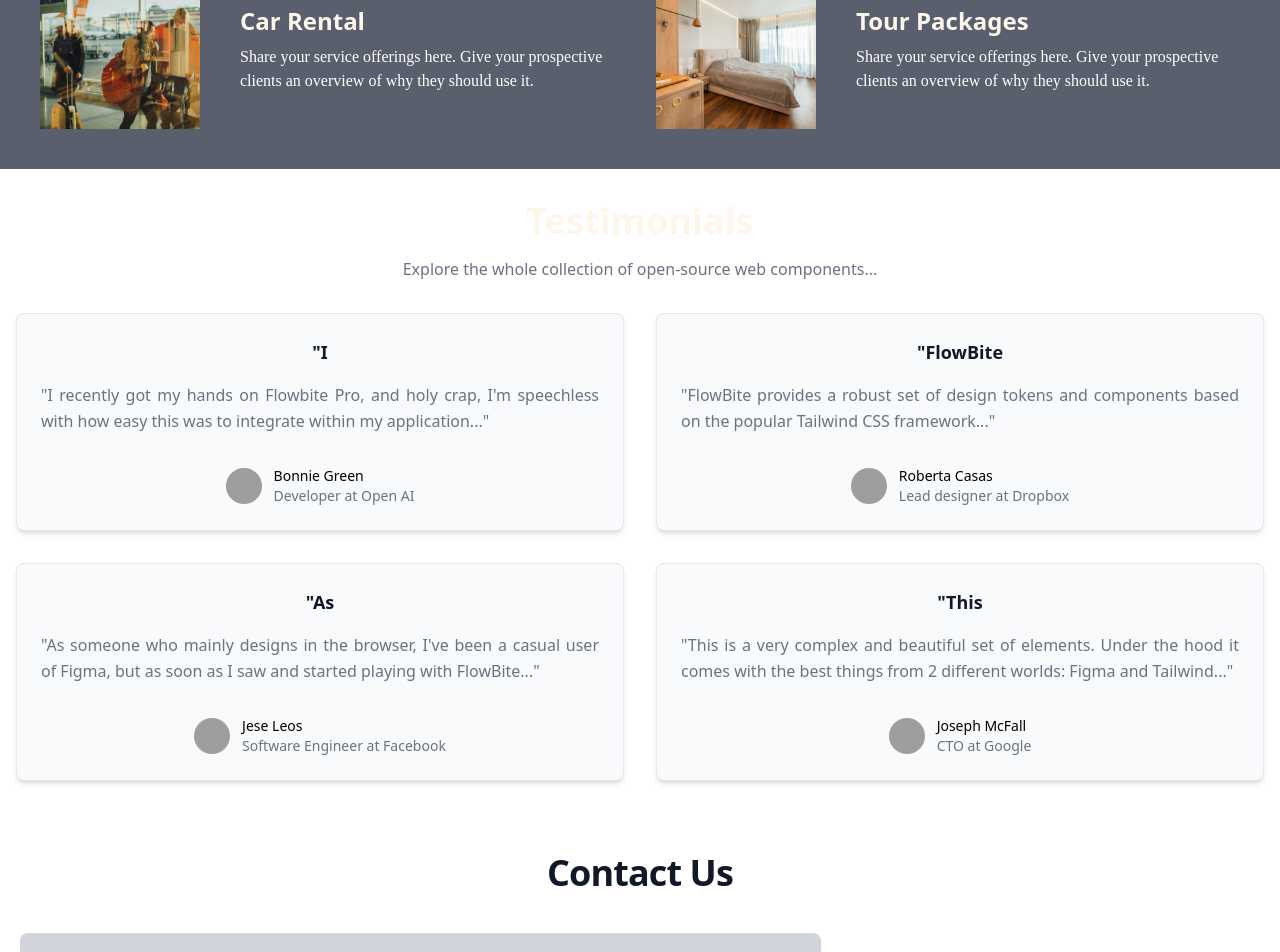
Repository: prabeshsitaula07/greatnepalholidays
Page: / (app in frontend/)
An editor plug-in stored every save of this project. The page is shown before and after the next save, followed by the edit.
The browser window is 1280 px wide. The pictures show the part of the page from y = 2999 to 3951 px (the page is 6713 px tall).
Pictures or frames that could not be fetched are drawn as grey boxes. Some web fonts or font styles are not loaded; a fallback is used. The project was rebuilt for these pictures with package versions that can differ from the ones it lists, and the page was loaded fresh each time. Also part of the build but not shown: frontend/vite.config.ts. Imported but missing from the stored project, and not drawn on this page: frontend/src/assets/bgvideo.mp4.

Above is the page before, as saved 2024-11-23 10:41:24.

### frontend/index.html
<!doctype html>
<html lang="en">
  <head>
    <meta charset="UTF-8" />
    <link rel="icon" type="image/svg+xml" href="/icon.png" />
    <meta name="viewport" content="width=device-width, initial-scale=1.0" />
    <title>Vite + React + TS</title>
  </head>
  <body>
    <div id="root"></div>
    <script type="module" src="/src/main.tsx"></script>
  </body>
</html>

### frontend/src/index.css
@import url('https://fonts.googleapis.com/css2?family=Arima:wght@100..700&family=Parkinsans:wght@300..800&display=swap');

@tailwind base;
@tailwind components;
@tailwind utilities;

### frontend/src/App.tsx
import { BrowserRouter as Router, Routes, Route } from 'react-router-dom';
import Navbar from "./components/Navbar/Navbar";
import Home from "./components/Home/Home";
// import About from "./components/About/About"; // Example of another page
import Footer from "./components/Footer/Footer"; // Assuming you have a Footer component

export default function App() {
  return (
    <Router>
      <Navbar />  {/* Navbar is always visible */}
      <Routes>
        <Route path="/" element={<Home />} />
      </Routes>
      <Footer />
    </Router>
  );
}

### frontend/src/components/Navbar/Navbar.tsx
import { Link } from 'react-router-dom';
import { useState, useEffect } from 'react';
import { FaPhone, FaEnvelope } from 'react-icons/fa';
import logo1 from '../../assets/logo1.png';
import logo2 from '../../assets/logo2.png';

export default function Navbar() {
    const [isScrolled, setIsScrolled] = useState(false);

    // Detect scroll and update navbar background and position
    useEffect(() => {
        const handleScroll = () => {
            if (window.scrollY > 50) {
                setIsScrolled(true);  // Fix the navbar to the top when scrolled past 50px
            } else {
                setIsScrolled(false); // Keep the navbar in normal flow when at the top
            }
        };

        window.addEventListener('scroll', handleScroll);

        // Clean up the event listener on component unmount
        return () => {
            window.removeEventListener('scroll', handleScroll);
        };
    }, []);

    return (
        <>
            <div className='w-full bg-darktheme flex gap-10 px-10 py-2'>
                <span className='text-white flex items-center'>
                    <FaPhone className="mr-2" /> 0988848484
                </span>
                <span className='text-white flex items-center'>
                    <FaEnvelope className="mr-2" /> xyz@gmail.com
                </span>
            </div>

            <header
                className={`text-black body-font w-full z-20 transition-all duration-300 ${isScrolled ? 'fixed top-0 bg-white shadow-md' : 'bg-[#2f3c5ae8] text-white'}`}
            >

                <div className="container mx-auto flex flex-wrap p-5 flex-col md:flex-row items-center">
                    <div className="flex title-font font-medium items-center mb-4 md:mb-0 gap-10">
                        <Link to='/'>
                            <img src={logo1} alt="" className='h-14 w-auto' />
                        </Link>
                        <Link to='/'>
                            <img src={logo2} alt="" className='h-14 w-auto' />
                        </Link>
                    </div>
                    <nav className="md:ml-auto flex flex-wrap items-center justify-center text-lg">
                        <Link to='' className="mr-5 hover:text-orange">Home</Link>
                        <Link to='' className="mr-5 hover:text-orange">About Us</Link>
                        <Link to='' className="mr-5 hover:text-orange">Services</Link>
                        <Link to='' className="mr-5 hover:text-orange">Packages</Link>
                        <Link to='' className="mr-5 hover:text-orange">Activities</Link>
                        <Link to='' className="mr-5 hover:text-orange">Blogs</Link>
                    </nav>
                    <button className="inline-flex items-center text-primary bg-darkorange border border-darkorange py-1 px-3 focus:outline-none hover:bg-primary text-lg hover:text-darkorange rounded mt-4 md:mt-0">
                        Download Visa CheckList
                    </button>
                </div>
            </header>
        </>
    );
}

### frontend/src/components/Home/Home.tsx
import bgvideo from '../../assets/bgvideo.mp4';
import Contact from "../Contact/Contact";
import Gallery from "../Gallery/Gallery";
import InternationalPackage from "../Package/InternationalPackage";
import NepalPackage from "../Package/NepalPackage";
import TripHandling from '../Services/TripHandling';
import Team from "../Team/Team";
import Testimonial from "../Testimonial/Testimonial";

export default function Home() {
  return (
    <>
      <div className="relative w-full h-screen">
      {/* Video Background */}
      <video
        autoPlay
        loop
        muted
        className="absolute inset-0 w-full h-full object-cover"
      >
        <source
          src={bgvideo}
          type="video/mp4"
        />
        Your browser does not support the video tag.
      </video>

      {/* Dark Overlay */}
      <div
        className="absolute inset-0 bg-black opacity-50"
        style={{ backgroundColor: 'rgba(0, 0, 0, 0.5)' }} // Adjust opacity for darkness
      ></div>

      {/* Content over the video */}
      <div className="relative z-10 flex items-center justify-center w-full h-full">
        <h1 className="text-white text-6xl font-bold">Welcome to My Website</h1>
      </div>
    </div>
      <NepalPackage />
      <InternationalPackage />
      <TripHandling />
      <Testimonial />
      <Contact />
      <Team />
      <Gallery />

    </>
  )
}

### frontend/src/components/Contact/Contact.tsx
export default function Contact() {
    return (
        <>
            <section className="text-gray-600 body-font relative">
            <h2 className="mt-10 text-4xl tracking-tight font-extrabold text-gray-900 dark:text-black text-center">Contact Us</h2>
                <div className="container px-5 py-10 mx-auto flex sm:flex-nowrap flex-wrap">
                    <div className="lg:w-2/3 md:w-1/2 bg-gray-300 rounded-lg overflow-hidden sm:mr-10 p-10 flex items-end justify-start relative">
                        <iframe
                            width="100%"
                            height="100%"
                            className="absolute inset-0"
                            title="map"
                            src="https://www.google.com/maps/embed?pb=!1m18!1m12!1m3!1d3531.628177055184!2d85.32309027492384!3d27.72876432454742!2m3!1f0!2f0!3f0!3m2!1i1024!2i768!4f13.1!3m3!1m2!1s0x39eb193e98fea663%3A0x6a69a4b662ec372!2sGREAT%20NEPAL%20HOLIDAYS%20P.LTD!5e0!3m2!1sen!2snp!4v1732272072112!5m2!1sen!2snp"
                            style={{ filter: 'grayscale(1) contrast(1.2) opacity(0.4)' }}
                        ></iframe>
                        <div className="bg-white relative flex flex-wrap py-6 rounded shadow-md">
                            <div className="lg:w-1/2 px-6">
                                <h2 className="title-font font-semibold text-gray-900 tracking-widest text-xs">ADDRESS</h2>
                                <p className="mt-1">Photo booth tattooed prism, portland taiyaki hoodie neutra typewriter</p>
                            </div>
                            <div className="lg:w-1/2 px-6 mt-4 lg:mt-0">
                                <h2 className="title-font font-semibold text-gray-900 tracking-widest text-xs">EMAIL</h2>
                                <a className="text-indigo-500 leading-relaxed">example@email.com</a>
                                <h2 className="title-font font-semibold text-gray-900 tracking-widest text-xs mt-4">PHONE</h2>
                                <p className="leading-relaxed">123-456-7890</p>
                            </div>
                        </div>
                    </div>
                    <div className="lg:w-1/3 md:w-1/2 bg-white flex flex-col md:ml-auto w-full md:py-8 mt-8 md:mt-0">
                        <h2 className="text-gray-900 text-lg mb-1 font-medium title-font">Feedback</h2>
                        <p className="leading-relaxed mb-5 text-gray-600">Post-ironic portland shabby chic echo park, banjo fashion axe</p>
                        <div className="relative mb-4">
                            <label htmlFor="name" className="leading-7 text-sm text-gray-600">Name</label>
                            <input type="text" id="name" name="name" className="w-full bg-white rounded border border-gray-300 focus:border-darkorange focus:ring-2 focus:ring-darkorange text-base outline-none text-gray-700 py-1 px-3 leading-8 transition-colors duration-200 ease-in-out" />
                        </div>
                        <div className="relative mb-4">
                            <label htmlFor="email" className="leading-7 text-sm text-gray-600">Email</label>
                            <input type="email" id="email" name="email" className="w-full bg-white rounded border border-gray-300 focus:border-darkorange focus:ring-2 focus:ring-darkorange text-base outline-none text-gray-700 py-1 px-3 leading-8 transition-colors duration-200 ease-in-out" />
                        </div>
                        <div className="relative mb-4">
                            <label htmlFor="message" className="leading-7 text-sm text-gray-600">Message</label>
                            <textarea id="message" name="message" className="w-full bg-white rounded border border-gray-300 focus:border-darkorange focus:ring-2 focus:ring-darkorange h-32 text-base outline-none text-gray-700 py-1 px-3 resize-none leading-6 transition-colors duration-200 ease-in-out"></textarea>
                        </div>
                        <button className="bg-darkorange border border-darkorange text-primary py-2 px-6 focus:outline-none hover:text-darkorange hover:bg-primary rounded text-lg">Send</button>
                        <p className="text-xs text-gray-500 mt-3">Chicharrones blog helvetica normcore iceland tousled brook viral artisan.</p>
                    </div>
                </div>
            </section>
        </>
    )
}

### frontend/src/components/Gallery/Gallery.tsx
export default function Gallery() {
  return (
 <>
 <section className="text-gray-600 body-font">
 <h2 className="mt-10 text-4xl tracking-tight font-extrabold text-gray-900 dark:text-black text-center">Gallery</h2>
  <div className="container px-5 py-24 mx-auto flex flex-wrap">
    <div className="flex w-full mb-20 flex-wrap">
      <h1 className="sm:text-3xl text-2xl font-medium title-font text-gray-900 lg:w-1/3 lg:mb-0 mb-4">Master Cleanse Reliac Heirloom</h1>
      <p className="lg:pl-6 lg:w-2/3 mx-auto leading-relaxed text-base">Whatever cardigan tote bag tumblr hexagon brooklyn asymmetrical gentrify, subway tile poke farm-to-table. Franzen you probably haven't heard of them man bun deep jianbing selfies heirloom.</p>
    </div>
    <div className="flex flex-wrap md:-m-2 -m-1">
      <div className="flex flex-wrap w-1/2">
        <div className="md:p-2 p-1 w-1/2">
          <img alt="gallery" className="w-full object-cover h-full object-center block" src="https://dummyimage.com/500x300" />
        </div>
        <div className="md:p-2 p-1 w-1/2">
          <img alt="gallery" className="w-full object-cover h-full object-center block" src="https://dummyimage.com/501x301" />
        </div>
        <div className="md:p-2 p-1 w-full">
          <img alt="gallery" className="w-full h-full object-cover object-center block" src="https://dummyimage.com/600x360" />
        </div>
      </div>
      <div className="flex flex-wrap w-1/2">
        <div className="md:p-2 p-1 w-full">
          <img alt="gallery" className="w-full h-full object-cover object-center block" src="https://dummyimage.com/601x361" />
        </div>
        <div className="md:p-2 p-1 w-1/2">
          <img alt="gallery" className="w-full object-cover h-full object-center block" src="https://dummyimage.com/502x302" />
        </div>
        <div className="md:p-2 p-1 w-1/2">
          <img alt="gallery" className="w-full object-cover h-full object-center block" src="https://dummyimage.com/503x303" />
        </div>
      </div>
    </div>
  </div>
</section>
 </>
  )
}

### frontend/src/components/Package/InternationalPackage.tsx
export default function InternationalPackage() {
  const packages = [
    { imgSrc: "https://cdn.pixabay.com/photo/2015/10/06/18/26/eiffel-tower-975004_1280.jpg", category: "CATEGORY", title: "Paris", price: "$16.00" },
    { imgSrc: "https://cdn.pixabay.com/photo/2019/04/09/05/36/england-4113666_1280.jpg", category: "CATEGORY", title: "England", price: "$21.15" },
    { imgSrc: "https://cdn.pixabay.com/photo/2023/11/16/05/02/mountains-8391433_640.jpg", category: "CATEGORY", title: "Switzerland", price: "$12.00" },
    { imgSrc: "https://cdn.pixabay.com/photo/2020/08/10/01/28/castle-5476737_640.jpg", category: "CATEGORY", title: "Japan", price: "$18.40" },
    { imgSrc: "https://cdn.pixabay.com/photo/2023/10/18/00/59/mountain-8322610_640.jpg", category: "CATEGORY", title: "USA", price: "$16.00" },
    { imgSrc: "https://dummyimage.com/425x265", category: "CATEGORY", title: "Shooting Stars", price: "$21.15" },
    { imgSrc: "https://dummyimage.com/427x267", category: "CATEGORY", title: "Neptune", price: "$12.00" },
    { imgSrc: "https://dummyimage.com/428x268", category: "CATEGORY", title: "The 400 Blows", price: "$18.40" },
  ];

  return (
    <section className="text-gray-600 body-font">
      <h2 className="my-4 text-4xl tracking-tight font-extrabold text-gray-900 dark:text-black text-center">International Packages</h2>
      <div className="container px-5 py-24 mx-auto">
        <div className="flex flex-wrap -m-4">
          {packages.map((pkg, index) => (
            <div key={index} className="lg:w-1/4 md:w-1/2 p-4 w-full">
              <a className="block relative h-48 overflow-hidden">
                <img alt={pkg.title} className="object-cover object-center w-full h-full block" src={pkg.imgSrc} />
              </a>
              <div className="p-4 border">
                <h3 className="text-gray-500 text-xs tracking-widest title-font mb-1">{pkg.category}</h3>
                <h2 className="text-gray-900 title-font text-lg font-medium">{pkg.title}</h2>
                <p className="mt-1">{pkg.price}</p>
              </div>
            </div>
          ))}
        </div>
      </div>
    </section>
  );
}

### frontend/src/components/Package/NepalPackage.tsx
export default function NepalPackage() {
  const packages = [
    { imgSrc: "https://dummyimage.com/420x260", category: "CATEGORY", title: "The Catalyzer", price: "$16.00" },
    { imgSrc: "https://dummyimage.com/421x261", category: "CATEGORY", title: "Shooting Stars", price: "$21.15" },
    { imgSrc: "https://dummyimage.com/422x262", category: "CATEGORY", title: "Neptune", price: "$12.00" },
    { imgSrc: "https://dummyimage.com/423x263", category: "CATEGORY", title: "The 400 Blows", price: "$18.40" },
    { imgSrc: "https://dummyimage.com/424x264", category: "CATEGORY", title: "The Catalyzer", price: "$16.00" },
    { imgSrc: "https://dummyimage.com/425x265", category: "CATEGORY", title: "Shooting Stars", price: "$21.15" },
    { imgSrc: "https://dummyimage.com/427x267", category: "CATEGORY", title: "Neptune", price: "$12.00" },
    { imgSrc: "https://dummyimage.com/428x268", category: "CATEGORY", title: "The 400 Blows", price: "$18.40" },
  ];

  return (
    <section className="text-gray-600 body-font">
      <h2 className="my-4 text-4xl tracking-tight font-extrabold text-gray-900 dark:text-black text-center">Nepal Packages</h2>
      <div className="container px-5 py-24 mx-auto">
        <div className="flex flex-wrap -m-4">
          {packages.map((pkg, index) => (
            <div key={index} className="lg:w-1/4 md:w-1/2 p-4 w-full">
              <a className="block relative h-48 overflow-hidden">
                <img alt={pkg.title} className="object-cover object-center w-full h-full block" src={pkg.imgSrc} />
              </a>
              <div className="p-4 border">
                <h3 className="text-gray-500 text-xs tracking-widest title-font mb-1">{pkg.category}</h3>
                <h2 className="text-gray-900 title-font text-lg font-medium">{pkg.title}</h2>
                <p className="mt-1">{pkg.price}</p>
              </div>
            </div>
          ))}
        </div>
      </div>
    </section>
  );
}

### frontend/src/components/Services/TripHandling.tsx
import img2 from '../../assets/2.png';
import img3 from '../../assets/3.png';
import img4 from '../../assets/4.png';

export default function TripHandling() {
    const services = [
      { title: "Flight Booking", imgSrc: img2, description: "Share your service offerings here. Give your prospective clients an overview of why they should use it." },
      { title: "Hotel Booking", imgSrc: img2, description: "Share your service offerings here. Give your prospective clients an overview of why they should use it." },
      { title: "Car Rental", imgSrc: img3, description: "Share your service offerings here. Give your prospective clients an overview of why they should use it." },
      { title: "Tour Packages", imgSrc: img4, description: "Share your service offerings here. Give your prospective clients an overview of why they should use it." },
    ];

    return (
      <div className="bg-navbarbg h-fit flex justify-center flex-col items-center p-10">
          <h2 className="mb-10 text-4xl tracking-tight font-extrabold text-white text-center font-parkinsans">We Will Handle Trip For You</h2>
          <div className="grid grid-cols-2 gap-8">
              {services.map((service, index) => (
                <div key={index} className="flex gap-10 items-center">
                  <img className="h-40 w-40" src={service.imgSrc} alt={service.title} />
                  <div>
                      <h3 className="font-semibold pb-2 text-2xl text-primary">{service.title}</h3>
                      <p className="font-parkinsans text-white">{service.description}</p>
                  </div>
                </div>
              ))}
          </div>
      </div>
    );
  }

### frontend/src/components/Testimonial/Testimonial.tsx
export default function Testimonial() {
    const testimonials = [
      {
        name: "Bonnie Green",
        title: "Developer at Open AI",
        image: "https://flowbite.s3.amazonaws.com/blocks/marketing-ui/avatars/karen-nelson.png",
        quote: `"I recently got my hands on Flowbite Pro, and holy crap, I'm speechless with how easy this was to integrate within my application..."`,
      },
      {
        name: "Roberta Casas",
        title: "Lead designer at Dropbox",
        image: "https://flowbite.s3.amazonaws.com/blocks/marketing-ui/avatars/roberta-casas.png",
        quote: `"FlowBite provides a robust set of design tokens and components based on the popular Tailwind CSS framework..."`,
      },
      {
        name: "Jese Leos",
        title: "Software Engineer at Facebook",
        image: "https://flowbite.s3.amazonaws.com/blocks/marketing-ui/avatars/jese-leos.png",
        quote: `"As someone who mainly designs in the browser, I've been a casual user of Figma, but as soon as I saw and started playing with FlowBite..."`,
      },
      {
        name: "Joseph McFall",
        title: "CTO at Google",
        image: "https://flowbite.s3.amazonaws.com/blocks/marketing-ui/avatars/joseph-mcfall.png",
        quote: `"This is a very complex and beautiful set of elements. Under the hood it comes with the best things from 2 different worlds: Figma and Tailwind..."`,
      },
    ];

    return (
      <section className="bg-white py-8 px-4 m-auto max-w-screen-xl text-center">
        <h2 className="mb-4 text-4xl font-extrabold text-primary dark:text-black">Testimonials</h2>
        <p className="mb-8 text-gray-500 dark:text-gray-400">Explore the whole collection of open-source web components...</p>
        <div className="grid gap-8 lg:grid-cols-2">
          {testimonials.map(({ name, title, image, quote }, index) => (
            <div
              key={index}
              className="flex flex-col justify-between items-center p-6 border rounded-lg bg-gray-50 shadow-md dark:bg-navbarbg dark:border-gray-700 dark:shadow-lg"
            >
              <blockquote className="mb-4 text-gray-500 dark:text-gray-400">
                <h3 className="text-lg font-semibold text-gray-900 dark:text-primary">{quote.split(" ")[0]}</h3>
                <p className="my-4 text-justify leading-relaxed">{quote}</p>
              </blockquote>
              <figcaption className="flex justify-center items-center space-x-3">
                <img className="w-9 h-9 rounded-full" src={image} alt={`${name} profile`} />
                <div className="text-left text-sm font-light dark:text-white">
                  <div>{name}</div>
                  <div className="text-sm text-gray-500 dark:text-gray-400">{title}</div>
                </div>
              </figcaption>
            </div>
          ))}
        </div>
      </section>
    );
  }

Loaded but not shown: frontend/src/main.tsx (common file); frontend/tailwind.config.js (21 lines, source omitted); frontend/src/components/Footer/Footer.tsx (125 lines, source omitted); frontend/src/components/Team/Team.tsx (102 lines, source omitted)

After the next save:
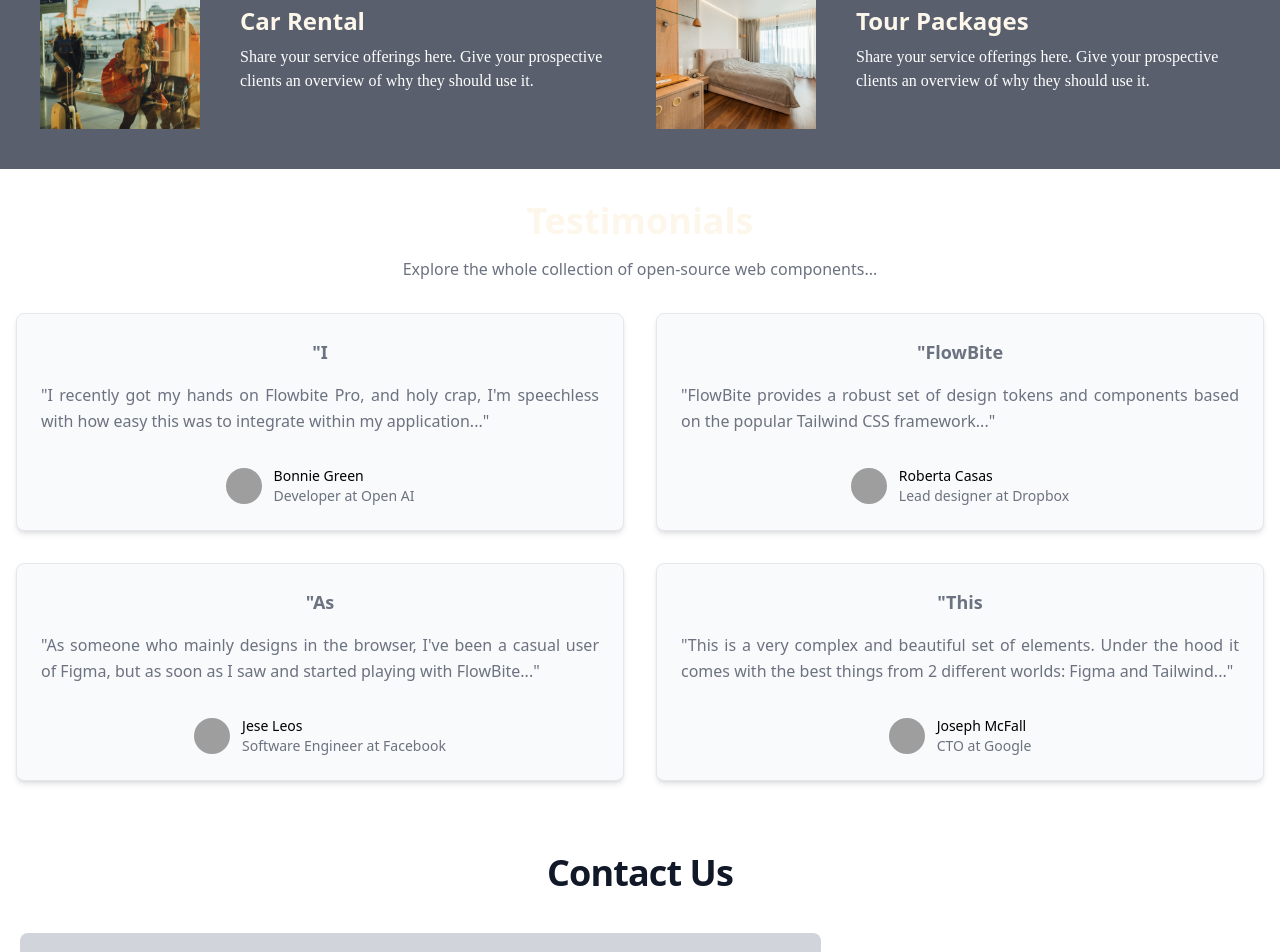
Saved 19 s later.
--- a/frontend/src/components/Testimonial/Testimonial.tsx
+++ b/frontend/src/components/Testimonial/Testimonial.tsx
@@ -37,7 +37,7 @@ export default function Testimonial() {
               className="flex flex-col justify-between items-center p-6 border rounded-lg bg-gray-50 shadow-md dark:bg-navbarbg dark:border-gray-700 dark:shadow-lg"
             >
               <blockquote className="mb-4 text-gray-500 dark:text-gray-400">
-                <h3 className="text-lg font-semibold text-gray-900 dark:text-primary">{quote.split(" ")[0]}</h3>
+                <h3 className="text-lg font-semibold dark:text-primary">{quote.split(" ")[0]}</h3>
                 <p className="my-4 text-justify leading-relaxed">{quote}</p>
               </blockquote>
               <figcaption className="flex justify-center items-center space-x-3">
